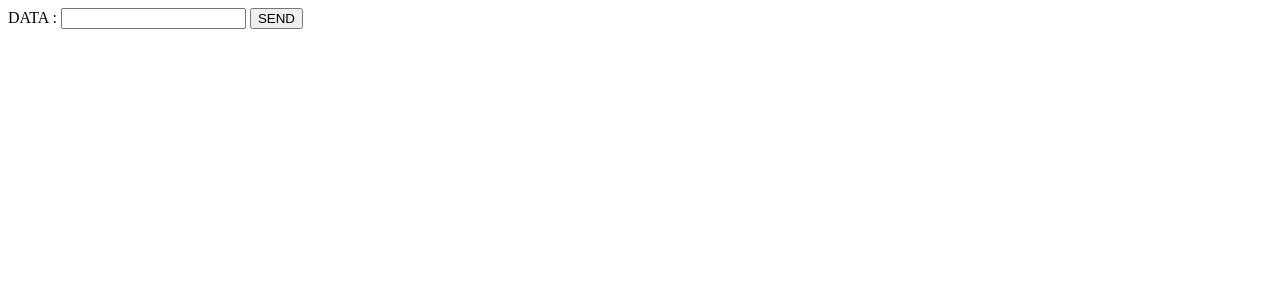
Repository: DongGeunLee99/SMHRD_
Page: 08_JSP/Ex00_Servlet/src/main/webapp/Ex02_DataSend.html
These files come from the project's save history. The page is drawn as it stood at one moment and after the next save; the edit follows.
The browser window is 1280 px wide. The pictures show the whole page.

Above is the page before, as saved 2025-03-11 07:42:10.

After the next save:
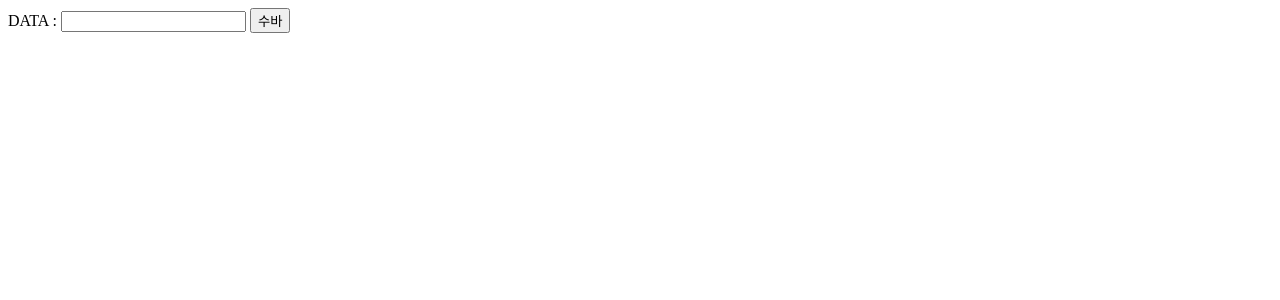
Saved 14 s later.
--- a/08_JSP/Ex00_Servlet/src/main/webapp/Ex02_DataSend.html
+++ b/08_JSP/Ex00_Servlet/src/main/webapp/Ex02_DataSend.html
@@ -15,7 +15,7 @@
 	-->
 	<form action="Ex02_DataSend">
 		DATA : <input type='text' name='data'>
-		<input type='submit' value="SEND">
+		<input type='submit' value="수바">
 
 
 

After the save that followed:
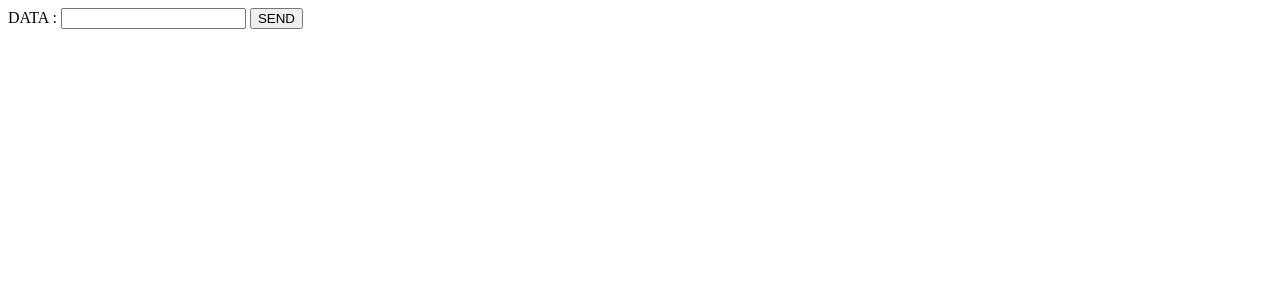
Saved 10 s later.
--- a/08_JSP/Ex00_Servlet/src/main/webapp/Ex02_DataSend.html
+++ b/08_JSP/Ex00_Servlet/src/main/webapp/Ex02_DataSend.html
@@ -15,7 +15,7 @@
 	-->
 	<form action="Ex02_DataSend">
 		DATA : <input type='text' name='data'>
-		<input type='submit' value="수바">
+		<input type='submit' value="SEND">
 
 
 
